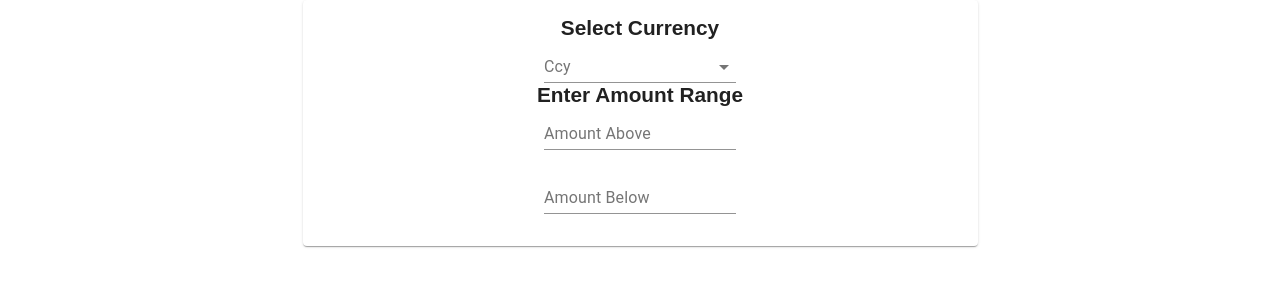
Repository: AmanullaChishty/filter
Page: /
An editor plug-in stored every save of this project. The page is shown before and after the next save, followed by the edit.
The browser window is 1280 px wide. The pictures show the whole page.
The page's requests for data from a server got no answer. The project was rebuilt for these pictures with package versions that can differ from the ones it lists, and the page was loaded fresh each time. No one was signed in, and anything a server would have sent is missing. Imported but missing from the stored project, and not drawn on this page: src/reducers/simpleReducer.

Above is the page before, as saved 2020-01-25 22:27:21.

### src/index.js
import React from 'react';
import ReactDOM from 'react-dom';

// Required for Redux store setup
import { Provider } from 'react-redux'
import configureStore from './store';

import './index.css';
import App from './App';
import registerServiceWorker from './registerServiceWorker';

ReactDOM.render(
  <Provider store={configureStore()}>
    <App />
  </Provider>,
  document.getElementById('root')
);
registerServiceWorker();

### src/store.js
import { createStore, applyMiddleware } from 'redux';
import thunk from 'redux-thunk';
import rootReducer from './reducers/rootReducer';

export default function configureStore(initialState={}) {
  return createStore(
    rootReducer,
    applyMiddleware(thunk)
  );
}

### src/App.js
import MUIDataTable from "mui-datatables";
import React, { Component } from 'react';
import { connect } from 'react-redux';
import { bindActionCreators } from 'redux';
import './App.css';
import { fetchData } from './searchBar/actions/fetchData';
// import WorkList from './gridList'
import SearchBar from './searchBar/components/searchBar';
import { getData } from './searchBar/selectors/searchSelectors';



/*
 * mapDispatchToProps
*/
// const mapDispatchToProps = dispatch => ({
//   simpleAction: () => dispatch(simpleAction())
// })

/*
 * mapStateToProps
*/
// const mapStateToProps = state => ({
//   ...state
// })

const mapStateToProps=state=> {
  return {
      content:getData(state)
      };
}

const mapDispatchToProps = dispatch => bindActionCreators({
  fetchAllData:fetchData,
}, dispatch)

const headers = [{ name: "invoice_id", label: "Invoice id", options: { filter: true, sort: true, } },{ name: "reference", label: "Reference", options: { filter: true, sort: true, } },
{ name: "maturity_date", label: "Maturity Date", options: { filter: true, sort: true, } },{ name: "invoice_amount", label: "Invoice Amount", options: { filter: true, sort: true, } },
{ name: "ccy", label: "CCY", options: { filter: true, sort: true, } },{ name: "buyer", label: "Buyer", options: { filter: true, sort: true, } },
{ name: "supplier", label: "Supplier", options: { filter: true, sort: true, } },{ name: "invoice_date", label: "Invoice Date", options: { filter: true, sort: true, } },]

const options = {
  filterType: "checkbox",
  responsive: "stacked",
}

/**
 * @class App
 * @extends {Component}
 */
class App extends Component {


  componentDidMount() {
    const { fetchAllData } = this.props;
    fetchAllData();

}
  /**
   * @memberof App
   * @summary handles button click
   */
  // simpleAction = (event) => {
  //   this.props.simpleAction();
  // }

  render() {
    const {content} = this.props;
    return (
      <div className="App">
        {/* <WorkList/> */}
        <SearchBar/>
        {/* <MUIDataTable
            title={'Detail List'}
            data={content}
            columns={headers}
            options={options}

          /> */}
        {/* <header className="App-header">
          <img src={logo} className="App-logo" alt="logo" />
          <h1 className="App-title">Welcome to React</h1>
        </header>
        <pre>
          {
            JSON.stringify(this.props)
          }
        </pre>
        <button onClick={this.simpleAction}>Test redux action</button>
        <p className="App-intro">
          To get started, edit <code>src/App.js</code> and save to reload.
        </p> */}
      </div>
    );
  }
}

export default connect(mapStateToProps, mapDispatchToProps)(App);

### src/reducers/rootReducer.js
import { combineReducers } from 'redux';
import simpleReducer from './simpleReducer';
import searchReducer from '../searchBar/reducers/searchReducer'

export default combineReducers({
  simpleReducer,
  searchReducer
});

### src/searchBar/actions/fetchData.js
import { getData } from "./searchAction";


function fetchData() {
    return dispatch => {
        fetch(`https://my.api.mockaroo.com/tallydata.json?key=1e3baa20`, {
            headers: {
              'Content-Type': 'application/json'

            }
          })
        .then(res => res.json())
        .then(res => {
            if(res.error) {
                throw(res.error);
            }
            dispatch(getData(res));

            return res;
        })
        .catch(error => {
            alert(error);
        })
    }
}

export { fetchData };

### src/searchBar/components/searchBar.js
import React, { Component } from 'react';
import { connect } from 'react-redux';
import { bindActionCreators } from 'redux';
import { fetchData } from '../actions/fetchData';
import { search } from '../actions/searchAction';
import { getData, getSearchData } from '../selectors/searchSelectors';
import InputLabel from '@material-ui/core/InputLabel';
import MenuItem from '@material-ui/core/MenuItem';
import FormControl from '@material-ui/core/FormControl';
import Select from '@material-ui/core/Select';
import { Grid, Card, CardContent,CardActions, Input } from '@material-ui/core';




class SearchBar extends Component {

  constructor(props){
    super(props);
    this.handleChange=this.handleChange.bind(this)
    this.state = {
      ccy:'',

    }
  }

  componentDidMount() {
    const { fetchAllData } = this.props;
    fetchAllData();
    }



  handleChange = event => {
    this.setState({ccy:event.target.value})
  };
  render() {
    // const {searchData, value,content} = this.props;
    const {ccy} = this.state

    return (
      <Grid style={{display:'flex',justifyContent:'center',alignItems:'center',flexDirection:'column'}}>
        {/* <input
          className="form-control"
          placeholder = "Procurar Trabalho"
          onChange={(e) => searchData(e.target.value)}
         />
    <h3>{value}</h3> */}
    <Card style={{maxWidth:675,width:'100%'}}>
      <CardContent>
        <Grid style={{display:'flex',justifyContent:'center',alignItems:'center',flexDirection:'column'}}>
      <span style={{fontSize:'1.3em',fontWeight:'bold',marginBottom:'-1em'}}>Select Currency</span>
    <FormControl style={{width:'12em',marginTop:'1em'}} >

        <InputLabel id="ccy">
          Ccy
        </InputLabel>
        <Select
          labelId="ccy"
          id="demo-simple-select-outlined"
          value={ccy}
          onChange={this.handleChange}
         >

          <MenuItem value={10}>USD</MenuItem>
          <MenuItem value={20}>INR</MenuItem>
          <MenuItem value={30}>JPY</MenuItem>
          <MenuItem value={30}>RYD</MenuItem>
        </Select>
      </FormControl>
      </Grid>

      <Grid style={{display:'flex',justifyContent:'center',alignItems:'center',flexDirection:'column'}}>
      <span style={{fontSize:'1.3em',fontWeight:'bold',marginBottom:'-1em'}}>Enter Amount Range</span>
      <Grid style={{display:'flex',justifyContent:'center',alignItems:'center',flexDirection:'column'}}>
      <FormControl style={{width:'12em',marginTop:'1em'}} >

      <InputLabel id="ccy">
        Amount Above
      </InputLabel>
      <Input type='number'/>

    </FormControl>
    <FormControl style={{width:'12em',marginTop:'1em'}} >

      <InputLabel id="ccy">
        Amount Below
      </InputLabel>
      <Input type='number'/>

    </FormControl>
      </Grid>
      </Grid>

      </CardContent>
      <CardActions>

      </CardActions>
      </Card>
    </Grid>
    );
  }
}

// function mapStateToProps({works}) {
//   return {value: works.value};
// }

const mapStateToProps=state=> {
    return {
        value: getSearchData(state),
        content:getData(state)
        };
  }

const mapDispatchToProps = dispatch => bindActionCreators({
    searchData: search,
    fetchAllData:fetchData,
}, dispatch)

// function mapDispatchToProps(dispatch) {
//   return bindActionCreators({search}, dispatch);
// }

export default connect(mapStateToProps, mapDispatchToProps)(SearchBar);

### src/searchBar/selectors/searchSelectors.js
import { createSelector } from 'reselect';

export const getSearchData = createSelector(
    state => state.searchReducer.serachedValue,
    serachedValue => serachedValue
)

export const getData = createSelector(
    state => state.searchReducer.contents,
    contents=>contents
)

### src/searchBar/reducers/searchReducer.js
import { SEARCH, SUCCESS } from '../actions/searchAction';

const initialState = {contents: [], value: '', serachedValue: []};

export default function searchReducer(state = initialState, action) {
  switch(action.type) {
    case SUCCESS: {
      const {contents} = action;
      return {
        ...state,
        contents:contents
      };
    }
    case SEARCH: {
      const {value} = action;
      const works = state.contents.filter((val) => {console.log('val',val), val.includes(value)});
      return {
        ...state,
        value:value,
        serachedValue:works
      };
    }
    default:
      return state;
  }
}

### src/searchBar/actions/searchAction.js
export const SEARCH = 'SEARCH';
export const SUCCESS = 'SUCCESS'

export function search(value) {
  return {
      type: SEARCH,
      value:value
    };
}

export function getData(res) {
  return {
      type: SUCCESS,
      contents:res
    };
}

// export const search = (value) => dispatch => {
//     dispatch({
//       type: SEARCH,
//       payload: value
//     })
//   }

Loaded but not shown: public/index.html (common file); src/index.css (common file); src/registerServiceWorker.js (common file); src/App.css (common file)

After the next save:
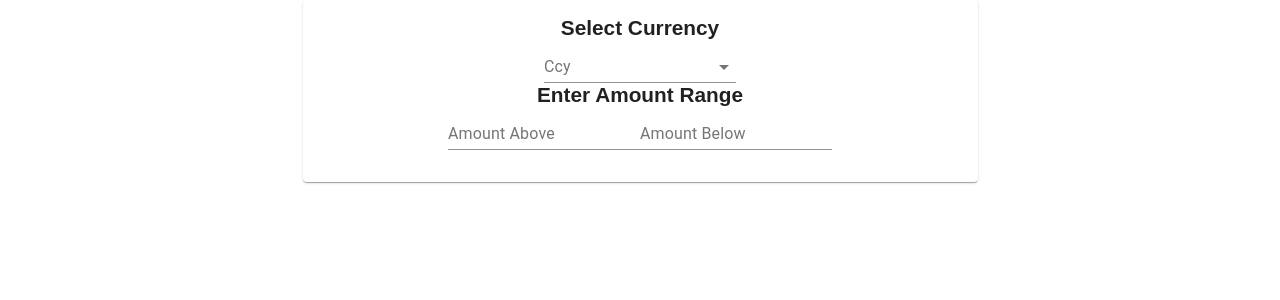
Saved 82 s later.
--- a/src/searchBar/components/searchBar.js
+++ b/src/searchBar/components/searchBar.js
@@ -72,7 +72,7 @@ class SearchBar extends Component {
 
       <Grid style={{display:'flex',justifyContent:'center',alignItems:'center',flexDirection:'column'}}>
       <span style={{fontSize:'1.3em',fontWeight:'bold',marginBottom:'-1em'}}>Enter Amount Range</span>
-      <Grid style={{display:'flex',justifyContent:'center',alignItems:'center',flexDirection:'column'}}>
+      <Grid style={{display:'flex',justifyContent:'center',alignItems:'center',}}>
       <FormControl style={{width:'12em',marginTop:'1em'}} >
 
       <InputLabel id="ccy">
